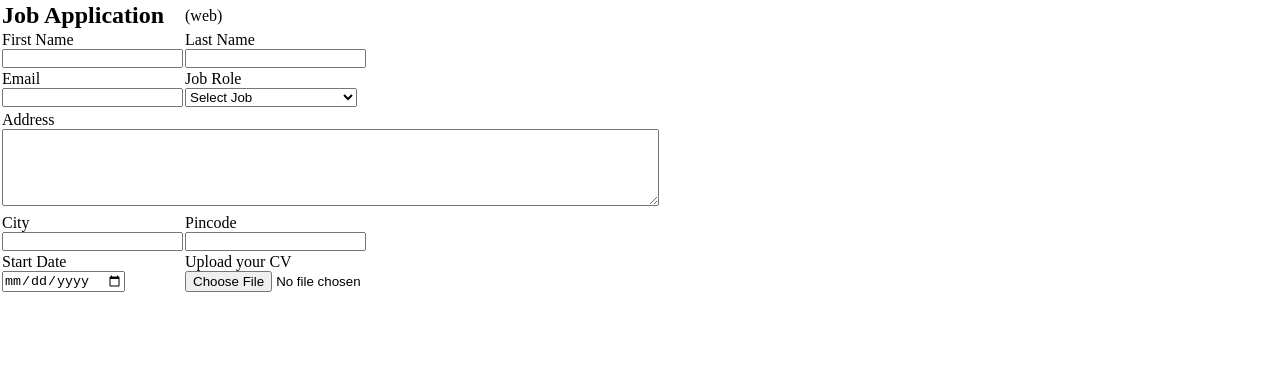
Repository: diensy/JOB-APPLICATION
Page: index.html
The author's editor kept a copy of each file at every save. The page is drawn from the files as they stood at one save, then again after the next save.
The browser window is 1280 px wide. The pictures show the whole page.

Above is the page before, as saved 2024-02-27 00:56:40.

### index.html
<!DOCTYPE html>
<html lang="en">
  <head>
    <meta charset="UTF-8" />
    <meta name="viewport" content="width=device-width, initial-scale=1.0" />
    <title>Job Application Form</title>
    <link rel="stylesheet" href="Job_Application.css" />
  </head>
  <body>
    <form action="">
      <table>
        <tr>
          <td>
            <h2 class="head">Job Application</h2>
          </td>
          <td><p>(web)</p></td>
        </tr>
        <tr>
          <td>
            <label for="firstname" id="first">First Name</label>
            <br />
            <input type="text" id="first" />
          </td>
          <td>
            <label for="Lastname" id="last">Last Name</label>
            <br />
            <input type="text" id="last" />
          </td>
        </tr>
        <tr>
          <td>
            <label for="Email" id="Email">Email</label>
            <br />
            <input type="text" id="Email" />
          </td>
          <td>
            <label for="JobRole" id="Job">Job Role</label>
            <br />
            <select name="JobRole" id="Job">
              <option value="Select Job">Select Job</option>
              <option value="JAVA">JAVA DEVELOPER</option>
              <option value="WEB">WEB DEVELOPER</option>
              <option value="BACKEND">BACKEND DEVELOPER</option>
              <option value="MERN DEVELOPER">MERN DEVELOPER</option>
            </select>
          </td>
        </tr>
      </table>
      <table>
        <tr>
          <td>
            <label for="Address" id="address">Address</label>
            <br />
            <textarea name="Address" id="address" cols="80" rows="5"></textarea>
          </td>
        </tr>
      </table>
      <table>
        <tr>
          <td>
            <label for="city" id="city">City</label>
            <br />
            <input type="text" />
          </td>
          <td>
            <label for="pin" id="pin">Pincode</label>
            <br />
            <input type="text" id="pin" />
          </td>
        </tr>
        <tr>
          <td>
            <label for="date" id="date">Start Date</label>
            <br />
            <input type="date" id="date" />
          </td>
          <td>
            <label for="file" id="file">Upload your CV</label>
            <br />
            <input type="file" />
          </td>
        </tr>
      </table>
    </form>
  </body>
</html>

### Job_Application.css
* {
  margin: 0;
  padding: 0;
  box-sizing: border-box;
}

.head {
  margin: 0 auto;
}

After the next save:
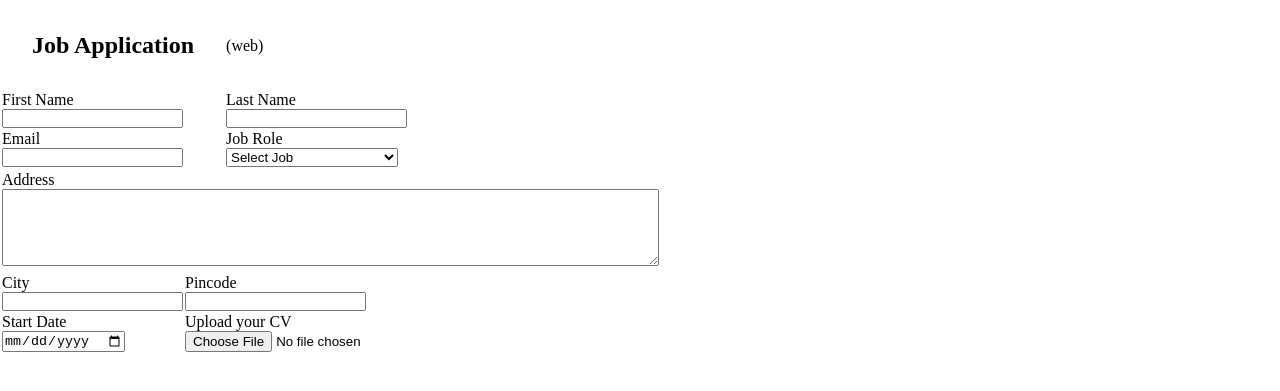
Saved 15 s later.
--- a/Job_Application.css
+++ b/Job_Application.css
@@ -5,5 +5,5 @@
 }
 
 .head {
-  margin: 0 auto;
+  margin: 30px;
 }
